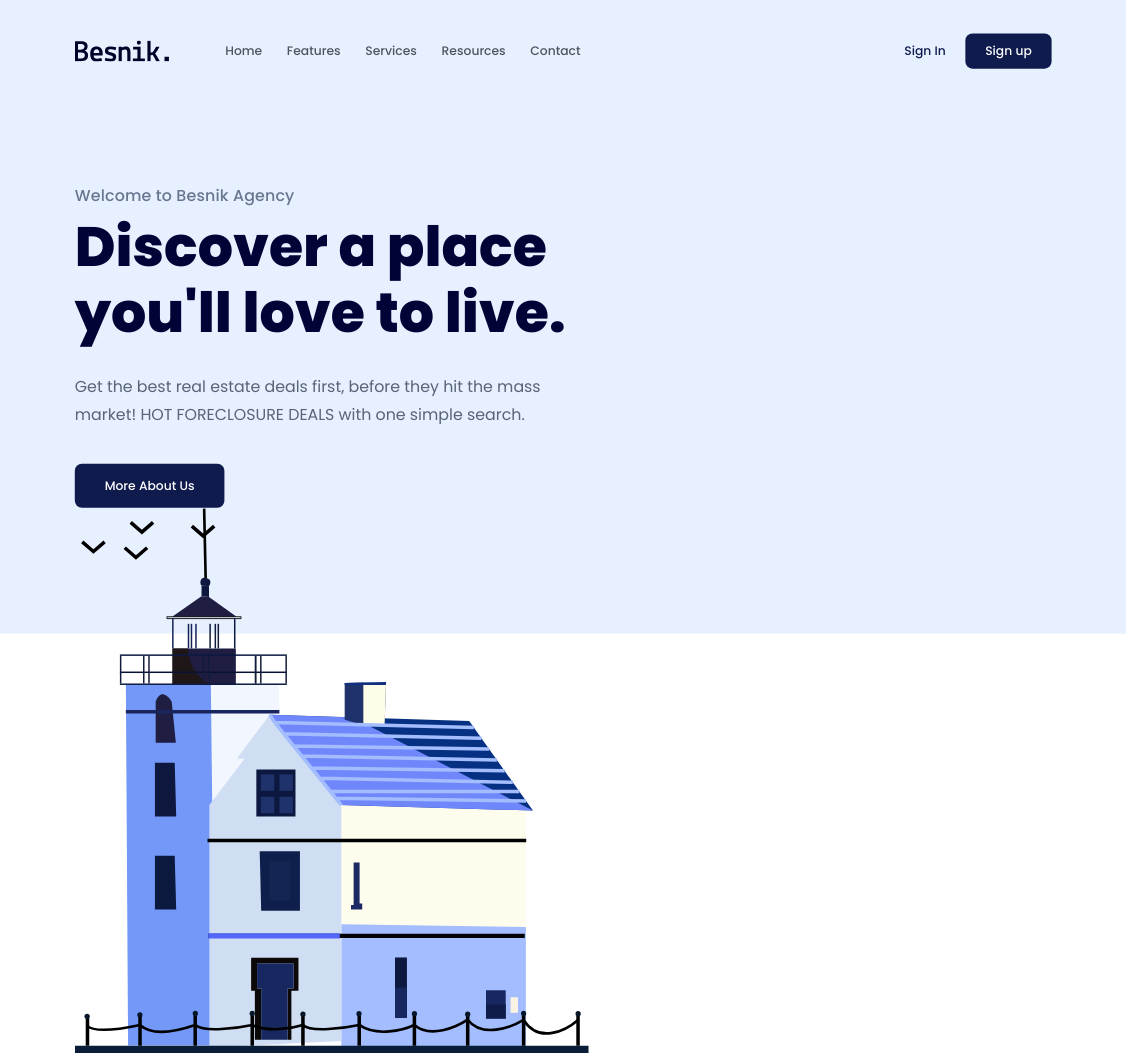
Repository: jessicapaa/F8-Project-01
Page: index.html
These files come from the project's save history. The page is drawn as it stood at one moment and after the next save; the edit follows.
The browser window is 1280 px wide. The pictures show the whole page, at 88% of full size.

Above is the page before, as saved 2024-03-08 08:40:31.

### index.html
<!DOCTYPE html>
<html lang="en">

<head>
    <meta charset="UTF-8">
    <meta name="viewport" content="width=device-width, initial-scale=1.0">
    <title>F8-Project-01</title>
    <link rel="stylesheet" href="./assets/css/reset.css">
    <link rel="stylesheet" href="./assets/fonts/stylesheet.css">
    <link rel="stylesheet" href="./assets/css/styles.css">
</head>

<body>
    <!-- main -->
    <main>

        <!-- header -->
        <header class="header">
            <div class="content">
                <nav class="navbar">
                    <!-- logo -->
                    <img src="./assets/img/logo.svg" alt="Besnik.">

                    <!-- navigation -->
                    <ul>
                        <li><a href="#!">Home</a></li>
                        <li><a href="#!">Features</a></li>
                        <li><a href="#!">Services</a></li>
                        <li><a href="#!">Resources</a></li>
                        <li><a href="#!">Contact</a></li>
                    </ul>

                    <!-- Action -->
                    <div class="actions">
                        <a href="#!" class="action-link">Sign In</a>
                        <a href="#!" class="btn action-btn">Sign up</a>
                    </div>
                </nav>
                <div class="hero">
                    <!-- info  -->
                    <div class="info">
                        <p class="sub-title">Welcome to Besnik Agency</p>
                        <h1 class="title">
                            Discover a place you'll love to live.
                        </h1>
                        <p class="desc">Get the best real estate deals first,
                            before they hit the mass market! HOT FORECLOSURE DEALS with one simple search.</p>
                        <a href="#!" class="btn hero-btn">More About Us</a>
                    </div>

                    <!-- img  -->
                    <img src="./assets/img/hero-img.svg" class="hero-img" alt="Discover a place you'll love to live.">
                </div>
            </div>

        </header>
    </main>
</body>

</html>

### assets/fonts/stylesheet.css
@font-face {
    font-family: "Poppins";
    src: url("Poppins/Poppins-BlackItalic.woff2") format("woff2"),
        url("Poppins/Poppins-BlackItalic.woff") format("woff");
    font-weight: 900;
    font-style: italic;
    font-display: swap;
}

@font-face {
    font-family: "Poppins";
    src: url("Poppins/Poppins-Black.woff2") format("woff2"),
        url("Poppins/Poppins-Black.woff") format("woff");
    font-weight: 900;
    font-style: normal;
    font-display: swap;
}

@font-face {
    font-family: "Poppins";
    src: url("Poppins/Poppins-BoldItalic.woff2") format("woff2"),
        url("Poppins/Poppins-BoldItalic.woff") format("woff");
    font-weight: bold;
    font-style: italic;
    font-display: swap;
}

@font-face {
    font-family: "Poppins";
    src: url("Poppins/Poppins-ExtraBold.woff2") format("woff2"),
        url("Poppins/Poppins-ExtraBold.woff") format("woff");
    font-weight: bold;
    font-style: normal;
    font-display: swap;
}

@font-face {
    font-family: "Poppins";
    src: url("Poppins/Poppins-ExtraBoldItalic.woff2") format("woff2"),
        url("Poppins/Poppins-ExtraBoldItalic.woff") format("woff");
    font-weight: bold;
    font-style: italic;
    font-display: swap;
}

@font-face {
    font-family: "Poppins";
    src: url("Poppins/Poppins-ExtraLight.woff2") format("woff2"),
        url("Poppins/Poppins-ExtraLight.woff") format("woff");
    font-weight: 200;
    font-style: normal;
    font-display: swap;
}

@font-face {
    font-family: "Poppins";
    src: url("Poppins/Poppins-ExtraLightItalic.woff2") format("woff2"),
        url("Poppins/Poppins-ExtraLightItalic.woff") format("woff");
    font-weight: 200;
    font-style: italic;
    font-display: swap;
}

@font-face {
    font-family: "Poppins";
    src: url("Poppins/Poppins-Light.woff2") format("woff2"),
        url("Poppins/Poppins-Light.woff") format("woff");
    font-weight: 300;
    font-style: normal;
    font-display: swap;
}

@font-face {
    font-family: "Poppins";
    src: url("Poppins/Poppins-Italic.woff2") format("woff2"),
        url("Poppins/Poppins-Italic.woff") format("woff");
    font-weight: normal;
    font-style: italic;
    font-display: swap;
}

@font-face {
    font-family: "Poppins";
    src: url("Poppins/Poppins-Medium.woff2") format("woff2"),
        url("Poppins/Poppins-Medium.woff") format("woff");
    font-weight: 500;
    font-style: normal;
    font-display: swap;
}

@font-face {
    font-family: "Poppins";
    src: url("Poppins/Poppins-MediumItalic.woff2") format("woff2"),
        url("Poppins/Poppins-MediumItalic.woff") format("woff");
    font-weight: 500;
    font-style: italic;
    font-display: swap;
}

@font-face {
    font-family: "Poppins";
    src: url("Poppins/Poppins-LightItalic.woff2") format("woff2"),
        url("Poppins/Poppins-LightItalic.woff") format("woff");
    font-weight: 300;
    font-style: italic;
    font-display: swap;
}

@font-face {
    font-family: "Poppins";
    src: url("Poppins/Poppins-Regular.woff2") format("woff2"),
        url("Poppins/Poppins-Regular.woff") format("woff");
    font-weight: normal;
    font-style: normal;
    font-display: swap;
}

@font-face {
    font-family: "Poppins";
    src: url("Poppins/Poppins-SemiBold.woff2") format("woff2"),
        url("Poppins/Poppins-SemiBold.woff") format("woff");
    font-weight: 600;
    font-style: normal;
    font-display: swap;
}

@font-face {
    font-family: "Poppins";
    src: url("Poppins/Poppins-SemiBoldItalic.woff2") format("woff2"),
        url("Poppins/Poppins-SemiBoldItalic.woff") format("woff");
    font-weight: 600;
    font-style: italic;
    font-display: swap;
}

@font-face {
    font-family: "Poppins";
    src: url("Poppins/Poppins-Thin.woff2") format("woff2"),
        url("Poppins/Poppins-Thin.woff") format("woff");
    font-weight: 100;
    font-style: normal;
    font-display: swap;
}

@font-face {
    font-family: "Poppins";
    src: url("Poppins/Poppins-ThinItalic.woff2") format("woff2"),
        url("Poppins/Poppins-ThinItalic.woff") format("woff");
    font-weight: 100;
    font-style: italic;
    font-display: swap;
}

### assets/css/styles.css
* {
    box-sizing: border-box;
}
html {
    font-size: 62.5%;
}
:root {
    --primary-color: #0f1b4c;
}
body {
    font-size: 1.6rem;
    /* font-family: ; */
    font-family: "Poppins";
}
/* common */
.content {
    width: 1110px;
    max-width: calc(100% - 48px);
    margin-left: auto;
    margin-right: auto;
}

a {
    text-decoration: none;
}

.btn {
    display: inline-block;
    min-width: 98px;
    background: var(--primary-color);
    border-radius: 8px;
    font-size: 1.4rem;
    font-weight: 500;
    text-align: center;
    color: #fff;
    padding: 18px 16px;
}
.btn:hover {
    opacity: 0.9;
}

/* css header */
.header {
    height: 100vh;
    background: #e6f0ff;
}

.navbar {
    display: flex;
    align-items: center;
    padding-top: 38px;
}

.navbar ul {
    display: flex;
    margin-left: 50px;
}

.navbar .actions {
    margin-left: auto;
}

.navbar ul a {
    font-weight: 500;
    font-size: 1.4rem;
    color: #4f5361;
    padding: 8px 14px;
}

.navbar .action-link {
    font-weight: 500;
    font-size: 1.4rem;
    color: var(--primary-color);
}

.navbar .action-btn {
    padding: 13px 16px;
    margin-left: 18px;
}

/* css hero */

.hero {
    margin-top: 130px;
}
.hero .info {
    width: 51%;
}

.hero .sub-title {
    color: #687690;
    font-size: 1.8rem;
    font-weight: 500;
    line-height: 1.5;
    letter-spacing: 0.018rem;
}

.hero .title {
    margin-top: 8px;
    font-weight: 700;
    font-size: 6.3rem;
    line-height: 1.19; /* 118.75% */
    color: #000336;
}

.hero .desc {
    margin-top: 30px;
    color: #5a6473;
    font-size: 1.8rem;
    font-weight: 400;
    line-height: 3.2rem; /* 177.778% */
    transform: capitalize;
}
.hero-btn {
    margin-top: 40px;
    min-width: 17rem;
    text-align: center;
}

Loaded but not shown: assets/css/reset.css (common file)

After the next save:
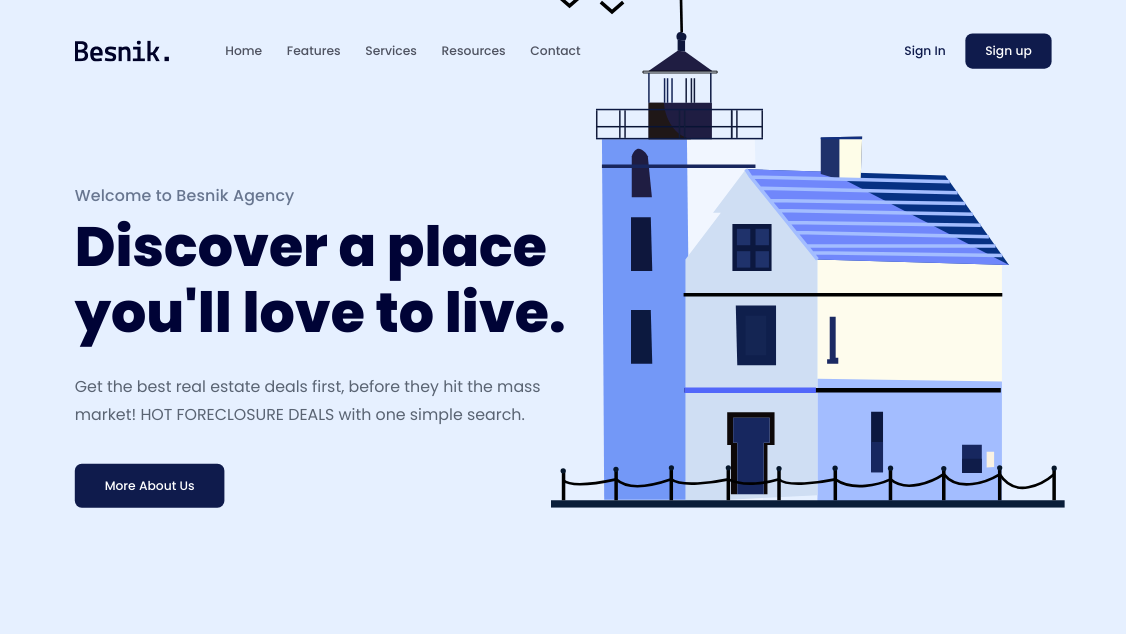
Saved 64 s later.
--- a/assets/css/styles.css
+++ b/assets/css/styles.css
@@ -82,6 +82,7 @@
 
 .hero {
     margin-top: 130px;
+    position: relative;
 }
 .hero .info {
     width: 51%;
@@ -116,3 +117,8 @@
     min-width: 17rem;
     text-align: center;
 }
+.hero-img {
+    position: absolute;
+    right: calc((100vw - 1110px) / 2 - 100px);
+    bottom: 0;
+}
